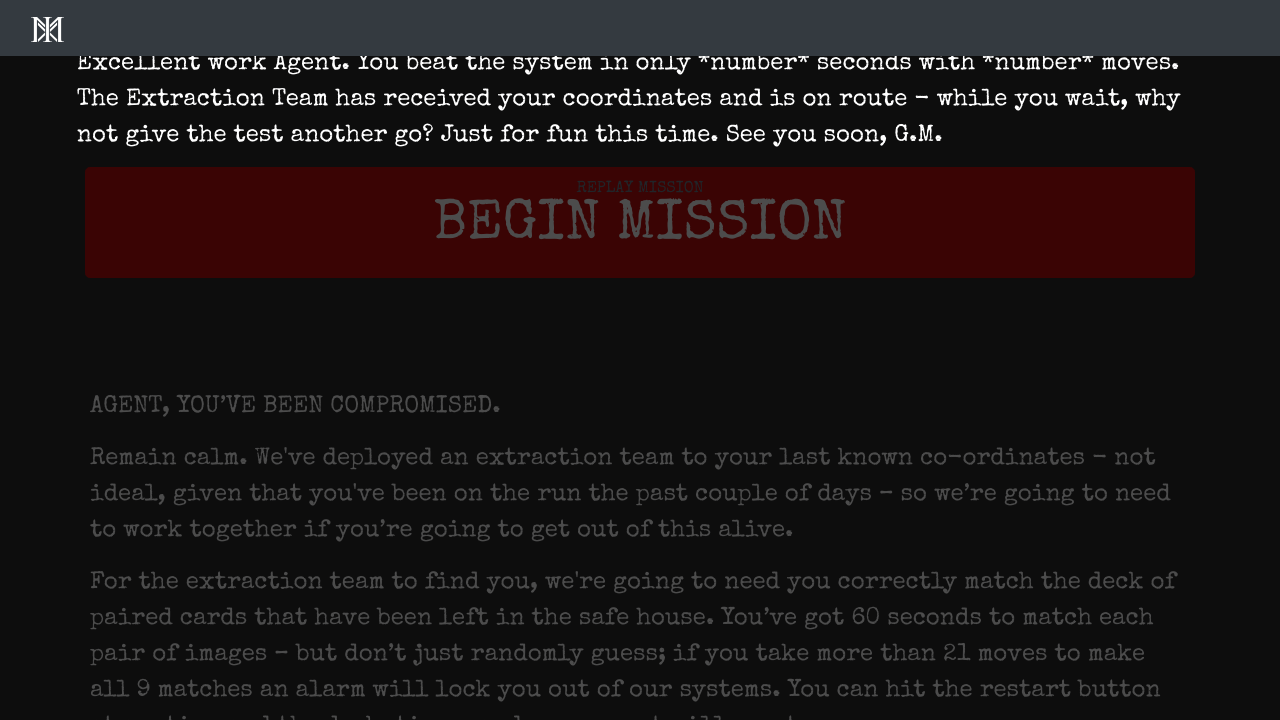
Repository: Code-Institute-Submissions/Milestone-25
Page: index.html
The author's editor kept a record of every edit. The page is drawn from the files as they stood at one moment, then again after the next edit.
The browser window is 1280 px wide. The pictures show the window.
A layer covers the whole window, so only the first screen is drawn. Some web libraries are served in a nearby version.

Above is the page before.
Console error (its wording comes from the project's code and is left out).

### index.html
<!DOCTYPE html>
<html lang="en">

<head>
  <meta charset="UTF-8">
  <meta name="viewport" content="width=device-width, initial-scale=1">
  <meta http-equiv="X-UA-Compatible" content="ie=edge">
  <link rel="stylesheet" href="https://stackpath.bootstrapcdn.com/bootstrap/4.4.1/css/bootstrap.min.css" integrity="sha384-Vkoo8x4CGsO3+Hhxv8T/Q5PaXtkKtu6ug5TOeNV6gBiFeWPGFN9MuhOf23Q9Ifjh" crossorigin="anonymous">
  <script src="https://maxcdn.bootstrapcdn.com/bootstrap/4.4.1/js/bootstrap.min.js"></script>
  <script src="https://use.fontawesome.com/releases/v5.12.0/js/all.js"></script>
  <link rel="stylesheet" href="assets/css/style.css" media="screen">
  <title>Memoryphile Home</title>
</head>

<body>
  <!--Navbar for style purposes only-->
  <nav class="navbar navbar-expand-md navbar-dark bg-dark sticky-top">
    <div class="container-fluid">
      <a class="navbar-brand"><img src="./assets/images/logo.png" class="logo" alt="Memoryphile Logo"></a>
    </div>
  </nav>

  <!--Button to jump to game-->
  <div class="container-fluid padding">
    <div class="row padding">
      <div class="container-sm">
        <a href="./game.html"><button type="button" class="btn btn-secondary btn-lg btn-block">BEGIN MISSION</button></a>
      </div>
    </div>
  </div>

  <!--Instructions paragraph-->
  <div class="container-fluid padding">
    <div class="row padding">
      <div class="col-md">
        <p class="instructions">AGENT, YOU’VE BEEN COMPROMISED.</p>
        <p class="instructions">Remain calm. We've deployed an extraction team to your last known co-ordinates - not ideal, given that you've been on the run the past couple of days – so we’re going to need to work together if you’re going to get out of this alive.</p>
        <p class="instructions"> For the extraction team to find you, we're going to need you correctly match the deck of paired cards that have been left in the safe house. You’ve got 60 seconds to match each pair of images – but don’t just randomly guess; if you take more than
          21 moves to make all 9 matches an alarm will lock you out of our systems. You can hit the restart button at anytime and the deck, timer, and move count will reset.</p>
        <p class="instructions"> Make the matches, and your updated coordinates will be sent across… fail any of these requirements and you’re on your own.</p>
        <p class="instructions"> Good luck Agent,</p>
        <p class="instructions"> G.M.</p>
      </div>
    </div>
  </div>

  <!-- testing game popup -->
  <!-- mission success overlay -->
  <div id="success" class="overlay">
    <div class="box">
      <h2 class="title">Mission Success</h2>
      <p class="instructions">Excellent work Agent. You beat the system in only *number* seconds with *number* moves. The Extraction Team has received your coordinates and is on route - while you wait, why not give the test another go? Just for fun this time. See you soon, G.M.</p>
      <a href="#"><button type="button" class="btn btn-replay btn-block">REPLAY MISSION</button></a>
    </div>
  </div>

  <!-- mission failure overlay -->
  <!--<div id="failure" class="overlay">-->
  <!--  <h2 class="title">Mission Failure</h2>-->
  <!--  <p class="instructions">Agent. AGENT. This is not good. I've managed to get a softlock on your loaction, but can't confirm extraction until I've received your coordinates. Try again.</p>-->
  <!--   <p class="instructions">And Agent? No mistakes this time.</p>-->
  <!--   <div>restart button</div>-->
  <!--</div>-->


</body>


</html>

### assets/css/style.css
@import url('https://fonts.googleapis.com/css?family=Homemade+Apple|Special+Elite&display=swap');

/* ==============  MEDIA QUERIES   ==============*/

/*--------Bootstrap Breakpoints---------*/

/* xs devices (<576px) = default in Bootstrap (hence no media query)

sm devices (>576px) = @media max-width: 576px

md devices (>768px) = @media max-width: 768px

lg devices (>992px) = @media max-width: 992px

xl devices (>1200px) = @media max-width: 1200px
*/

/*--------Media Queries--------*/

/* max-width, not min-width, for mobile-first styling */

@media (max-width: 992px) {}

@media (max-width: 768px) {}

@media (max-width: 576px) {}


/* ==============STYLING==============*/

/*--------HTML, BODY Styling-----*/

html,
body {
    height: 100%;
    width: 100%;
    font-family: 'Special Elite', sans-serif;
    color: #fff;
    background-color: #2c2c2d;
    box-sizing: border-box;
}

/*------------BUTTON STYLING--------*/

.btn-secondary {
    background-color: #c30e0e;
    border-color: #c30e0e;
    margin-top: 10%;
    margin-bottom: 10%;
    font-size: 350%;
    padding-top: 1.5%;

}


/*------------Instructions STYLING--------*/

.instructions {
    font-size: 150%;
    display: inline-block;
    margin-left: 6%;
    margin-right: 6%;
}


/*--------------GAME.html styling---------*/

*,
*::before,
*::after {
    box-sizing: inherit;
}


.gameContainer {
    /* Flexbox */
    flex-direction: column;
    display: flex;
    justify-content: center;
    align-items: center;
}

.logo {
    height: 25px;
}

.nav-link {
    padding-top: 5px;
    color: #fff;
    font-size: 25px;
}

a:hover {
    color: #424242;
    text-decoration: none;
}


/*------------REQUIRMENTS Styling--------*/

.requirements {
    text-align: left;
    margin-top: 35px;
    margin-bottom: 25px;
    width: 950px;
    font-size: 200%;

}

.requirements .timer {
    float: left;
}

.requirements .restart {
    float: right;
}

.requirements .moves {
    float: inherit;
}

.requirements-timer {
    text-align: center;
    margin-top: 35px;
    font-size: 300%;
}


/*------------GAMEDECK Styling ---------*/

.gamedeck {
    min-height: 600px;
    width: 1350px;
    background: #888888;
    border-radius: 15px;
    padding: 30px;
    /* Flexbox */
    display: flex;
    flex-wrap: wrap;
    justify-content: center;
    align-items: center;
}

.gamedeck .card {
    height: 175px;
    width: 175px;
    background: #424242;
    border-radius: 8px;
    box-shadow: 5px 2px 20px 0 rgba(46, 61, 73, 0.5);
    margin: 1%;
    /* shrink font so that when a card is 'flipped', font enlarges */
    font-size: 0;
    color: #ffffff;
    display: flex;
    justify-content: center;
    align-items: center;
    /* add cursor to indicate interactivity to user */
    cursor: pointer;
}

/* for click reveal */

.gamedeck .card.open {
    transform: rotateY(0) !important;
    font-size: 75px;
    background: #421a1a;
    /* fix for webpages */
    -webkit-backface-visibility: visible !important;
    backface-visibility: visible !important;
    /* return cursor to default to inform user card is no longer clickable */
    cursor: default;
}

.gamedeck .card.show {
    font-size: 75px;
    display: inherit!important;
}

.gamedeck .card.close {
    pointer-events: none;
    opacity: 0.9;
}

.gamedeck .card.matched {
    cursor: default;
    background: #523632;
    font-size: 75px;
}

/*--------------------Overlay Styling -------------*/

.overlay {
    position: fixed;
    top: 0;
    bottom: 0;
    left: 0;
    right: 0;
    background: rgba(0, 0, 0, 0.7);
}

/*.overlay:target {*/
/*	visibility: visible;*/
/*	opacity: 1;*/
/*}*/

.title {
    display: inline-block;
    margin-left: 6%;
    margin-right: 6%;
}

/*.popup {*/
/*	margin: 70px auto;*/
/*	padding: 20px;*/
/*	background: #ffffff;*/
/*	border-radius: 5px;*/
/*	width: 85%;*/
/*	position: relative;*/
/*	transition: all 5s ease-in-out;*/
/*	font-family: 'Gloria Hallelujah', cursive;*/
/*}*/

/*.popup h2 {*/
/*	margin-top: 0;*/
/*	color: #333;*/
/*	font-family: Tahoma, Arial, sans-serif;*/
/*}*/

/*.popup .close {*/
/*	position: absolute;*/
/*	top: 20px;*/
/*	right: 30px;*/
/*	transition: all 200ms;*/
/*	font-size: 30px;*/
/*	font-weight: bold;*/
/*	text-decoration: none;*/
/*	color: #333;*/
/*}*/

/*.popup .close:hover {*/
/*	color: #E5F720;*/
/*}*/

/*.popup .content-1,*/
/*.content-2 {*/
/*	max-height: 30%;*/
/*	overflow: auto;*/
/*	text-align: center;*/
/*}*/

/*.show {*/
/*	visibility: visible !important;*/
/*	opacity: 100 !important;*/
/*}*/

After the next edit:
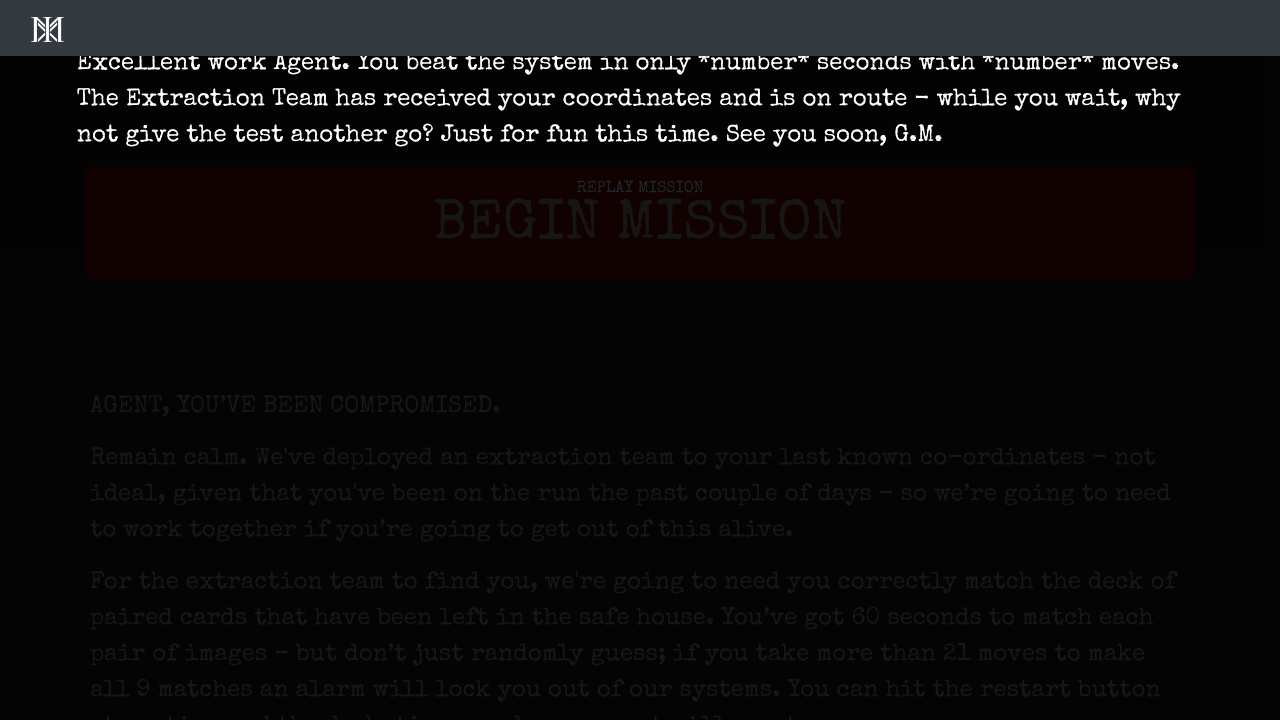
The edit:
--- a/index.html
+++ b/index.html
@@ -55,6 +55,13 @@
   </div>
 
   <!-- mission failure overlay -->
+    <div id="failure" class="overlay">
+    <div class="box">
+      <h2 class="title">Mission Success</h2>
+      <p class="instructions">Excellent work Agent. You beat the system in only *number* seconds with *number* moves. The Extraction Team has received your coordinates and is on route - while you wait, why not give the test another go? Just for fun this time. See you soon, G.M.</p>
+      <a href="#"><button type="button" class="btn btn-replay btn-block">REPLAY MISSION</button></a>
+    </div>
+  </div>
   <!--<div id="failure" class="overlay">-->
   <!--  <h2 class="title">Mission Failure</h2>-->
   <!--  <p class="instructions">Agent. AGENT. This is not good. I've managed to get a softlock on your loaction, but can't confirm extraction until I've received your coordinates. Try again.</p>-->
